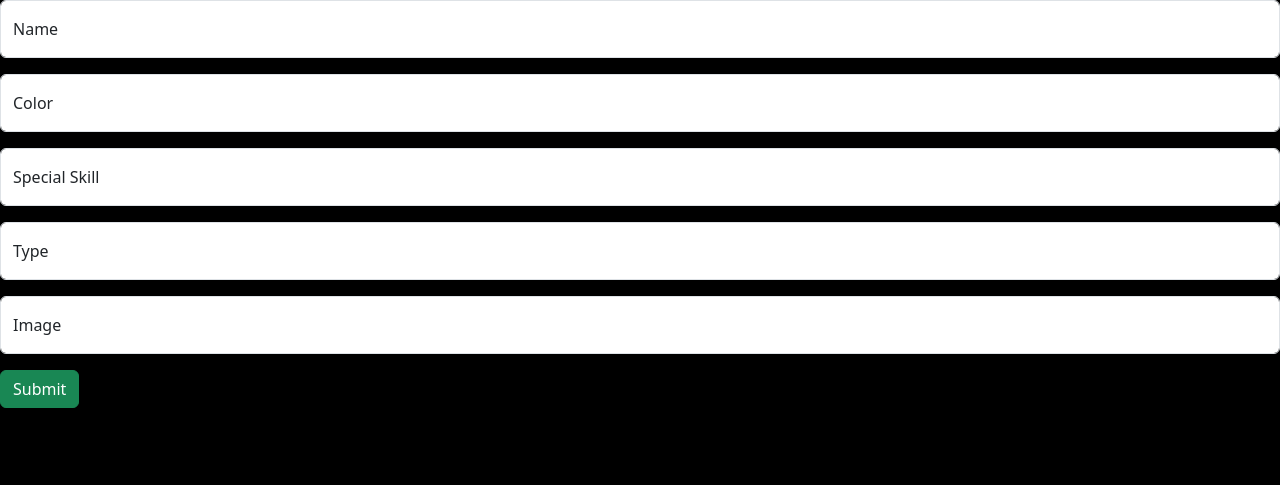
Repository: fernandabenavides618nash/LAB-pet-adoption
Page: index.html
These files come from the project's save history. The page is drawn as it stood at one moment and after the next save; the edit follows.
The browser window is 1280 px wide. The pictures show the whole page.

Above is the page before, as saved 2023-04-24 16:01:51.
Console error: TypeError: Cannot read properties of null (reading 'addEventListener')

After the next save:
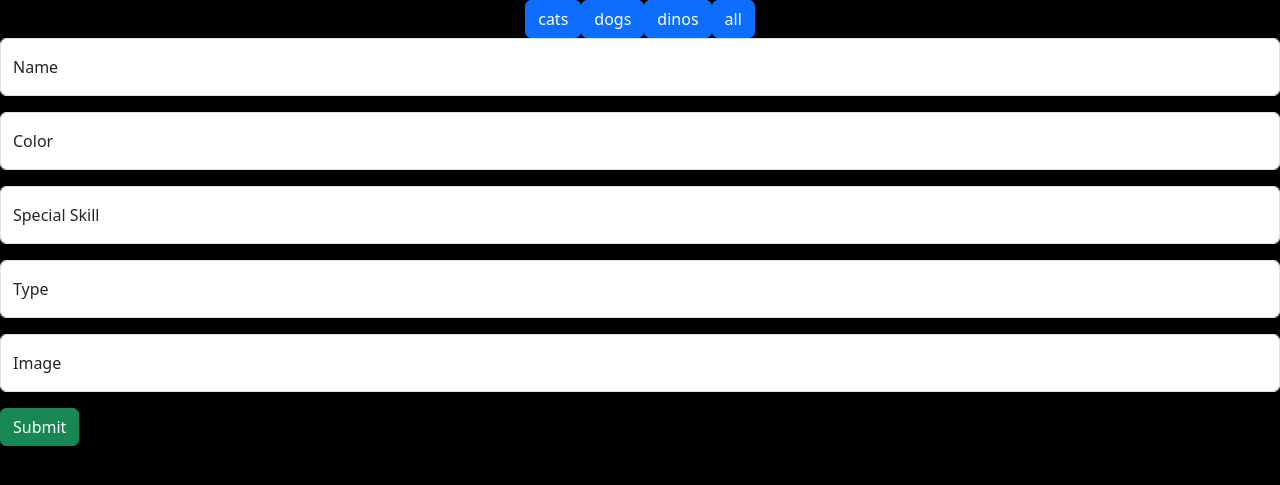
The error is gone.
Saved 24 s later.
--- a/index.html
+++ b/index.html
@@ -9,12 +9,12 @@
   <link rel="stylesheet" href="main.css">
 </head>
 <body>
-  <!-- <div class="buttons">
+   <div class="buttons">
     <button type="button" class="btn btn-primary" id="cats">cats</button>
     <button type="button" class="btn btn-primary" id="dogs">dogs</button>
     <button type="button" class="btn btn-primary" id="dinos">dinos</button>
     <button type="button" class="btn btn-primary" id="all">all</button>
-  </div> -->
+  </div>
   <form>
     <div class="form-floating mb-3">
       <input type="text" class="form-control" id="name" placeholder="Name" required>
